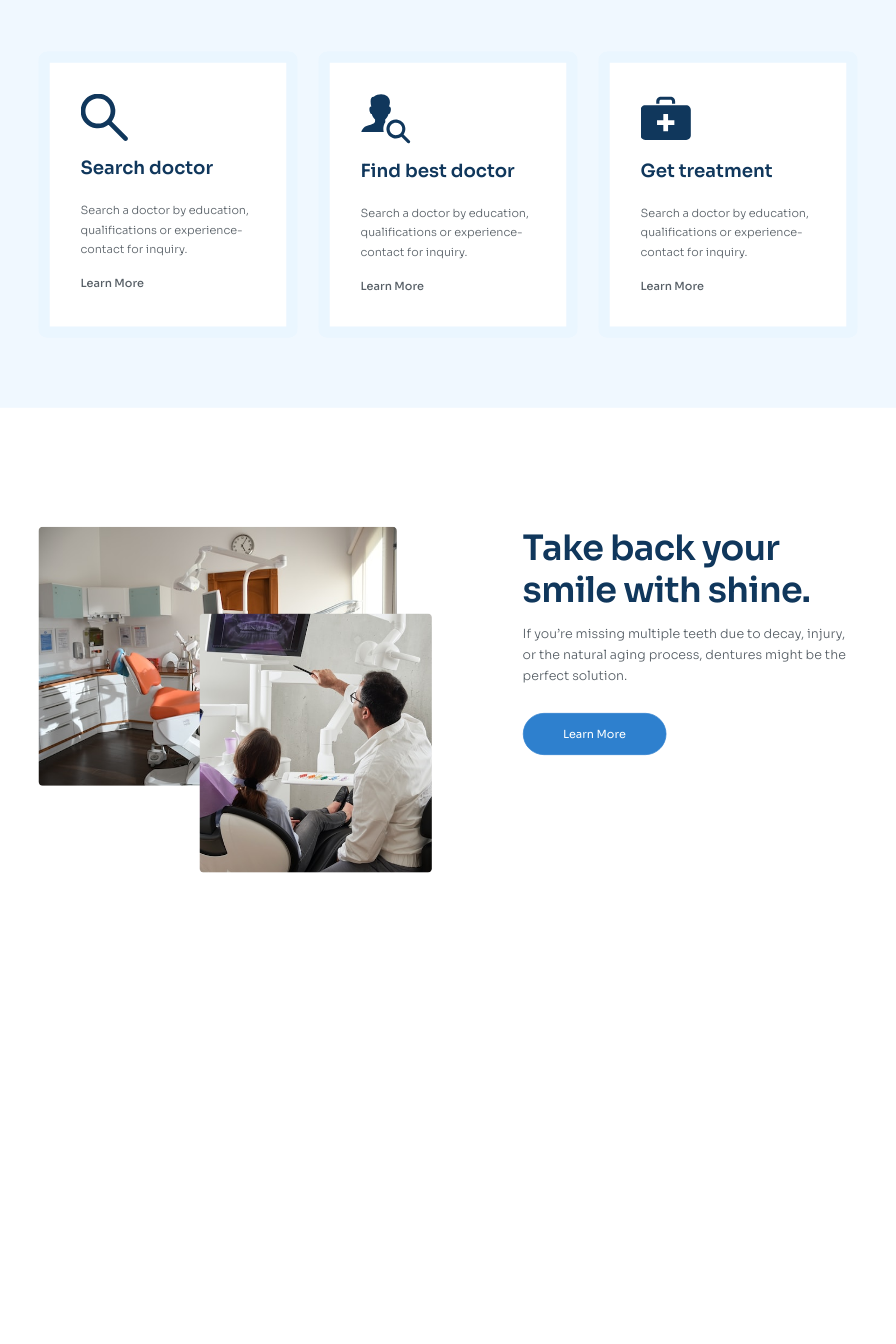
Repository: han2003dz/f8-project-03
Page: index.html
These files come from the project's save history. The page is drawn as it stood at one moment and after a run of saves; the edit follows.
The browser window is 1280 px wide. The pictures show the part of the page from y = 2122 to 4042 px (the page is 6000 px tall), at 70% of full size.

Above is the page before, as saved 2023-05-06 22:39:17.

### index.html
<!DOCTYPE html>
<html lang="en">

<head>
    <meta charset="UTF-8">
    <meta http-equiv="X-UA-Compatible" content="IE=edge">
    <meta name="viewport" content="width=device-width, initial-scale=1.0">
    <title>Shine Smile</title>
    <!-- favicon -->
    <link rel="apple-touch-icon" sizes="57x57" href="./assets/favicon/apple-icon-57x57.png">
    <link rel="apple-touch-icon" sizes="60x60" href="./assets/favicon/apple-icon-60x60.png">
    <link rel="apple-touch-icon" sizes="72x72" href="./assets/favicon/apple-icon-72x72.png">
    <link rel="apple-touch-icon" sizes="76x76" href="./assets/favicon/apple-icon-76x76.png">
    <link rel="apple-touch-icon" sizes="114x114" href="./assets/favicon/apple-icon-114x114.png">
    <link rel="apple-touch-icon" sizes="120x120" href="./assets/favicon/apple-icon-120x120.png">
    <link rel="apple-touch-icon" sizes="144x144" href="./assets/favicon/apple-icon-144x144.png">
    <link rel="apple-touch-icon" sizes="152x152" href="./assets/favicon/apple-icon-152x152.png">
    <link rel="apple-touch-icon" sizes="180x180" href="./assets/favicon/apple-icon-180x180.png">
    <link rel="icon" type="image/png" sizes="192x192" href="./assets/favicon/android-icon-192x192.png">
    <link rel="icon" type="image/png" sizes="32x32" href="./assets/favicon/favicon-32x32.png">
    <link rel="icon" type="image/png" sizes="96x96" href="./assets/favicon/favicon-96x96.png">
    <link rel="icon" type="image/png" sizes="16x16" href="./assets/favicon/favicon-16x16.png">
    <link rel="manifest" href="./assets/favicon/manifest.json">
    <meta name="msapplication-TileColor" content="#ffffff">
    <meta name="msapplication-TileImage" content="./assets/favicon/ms-icon-144x144.png">
    <meta name="theme-color" content="#ffffff">
    <!-- embed font -->
    <link rel="preconnect" href="https://fonts.googleapis.com">
    <link rel="preconnect" href="https://fonts.gstatic.com" crossorigin>
    <link href="https://fonts.googleapis.com/css2?family=Sora:wght@300;400;500;600;700&display=swap" rel="stylesheet">
    <!-- my css -->
    <link rel="stylesheet" href="/assets/css/reset.css">
    <link rel="stylesheet" href="/assets/css/style.css">
</head>

<body style="height: 6000px;">
    <header class="header">
        <div class="container">
            <!-- nav -->
            <div class="navigation">
                <a href="#!">
                    <div class="logo">
                        <span class="logo__circle"></span>
                        <span class="logo__text">
                            <span class="logo__brand">shine</span>
                            <span class="logo__brand logo__brand--small">smile</span>
                        </span>
                    </div>
                </a>
                <nav class="navbar">
                    <ul class="nav__list">
                        <li class="nav__item">
                            <a href="#!" class="nav__link nav__link--active">Home</a>
                        </li>
                        <li class="nav__item">
                            <a href="#!" class="nav__link">Services</a>
                        </li>
                        <li class="nav__item">
                            <a href="#!" class="nav__link">About</a>
                        </li>
                        <li class="nav__item">
                            <a href="#!" class="nav__link">Doctors</a>
                        </li>
                    </ul>
                </nav>
                <!-- action -->
                <div class="header-action">
                    <a href="#!" class="header-action__login">Log In</a>
                    <button href="#!" class="header-action__sign-up btn">Sign Up</button>
                </div>
            </div>
            <!-- hero -->
            <section class="hero">
                <!-- hero content -->
                <div class="hero__content">
                    <h1 class="hero__heading">Exceptional dental care for all ages.</h1>
                    <p class="hero__desc">Exceptional dental care for all ages. Your great smile begins with a great
                        dentist.</p>
                    <div class="hero__row">
                        <a href="#!" class="btn hero__btn">Book Online</a>
                        <span class="hero__phone">or call (123) 456-7890</span>
                    </div>
                </div>
                <div class="hero__media">
                    <figure class="hero__images">
                        <img src="./assets/img/img1__hero.jpg" alt="" class="hero__img">
                        <img src="./assets/img/img2__hero.jpg" alt="" class="hero__img">
                    </figure>
                </div>

            </section>
        </div>
    </header>
    <main>
        <!-- service -->
        <div class="service">
            <div class="container">
                <h2 class="section-heading">Our services</h2>
                <p class="section-desc">Exceptional dental care for all ages. Your great smile begins with a great
                    dentist.</p>
                <div class="service__row">
                    <figure>
                        <img src="./assets/img/service-img3.jpg" alt="" class="service__img">
                    </figure>
                    <div>
                        <div class="service__list">
                            <!-- item 1 -->
                            <section class="service-item">
                                <div class="service-item__icon">
                                    <!-- icon -->
                                    <svg width="22" height="24" viewBox="0 0 22 24" fill="none"
                                        xmlns="http://www.w3.org/2000/svg">
                                        <path
                                            d="M20.3598 2.63964C17.9506 -0.556131 14.2772 -0.568132 11.2481 1.10682C11.001 1.24657 10.7219 1.31411 10.4406 1.30222C10.1592 1.29033 9.88633 1.19945 9.65105 1.03931C8.49552 0.245717 7.29036 -0.316477 5.13904 0.207462C0.623408 1.3071 0 4.90379 0 8.99816C0.0797353 12.1602 0.500857 15.3032 1.25551 18.3683C2.11836 22.0168 3.90382 24 5.43354 24C6.96326 24 7.00963 22.2204 7.00963 20.8016C7.00963 19.2009 7.39505 14.8009 10.8642 14.8009C13.5317 14.8009 14.3333 18.4013 14.3333 20.8016C14.3329 23.095 15.1722 24 16.6628 24C19.5267 24 20.9796 15.3938 21.3719 13.1237C21.7642 10.8535 22.9882 6.12569 20.3598 2.63964Z"
                                            fill="currentColor" />
                                    </svg>
                                </div>
                                <div class="service-item__body">
                                    <h3 class="service-item__heading">Oral Surgery</h3>
                                    <p class="service-item__desc">
                                        Everything you expect and then some. Cleanings, fillings, and x-rays.
                                    </p>
                                </div>
                            </section>
                            <!-- item 2 -->
                            <section class="service-item">
                                <div class="service-item__icon">
                                    <!-- icon -->
                                    <svg width="22" height="24" viewBox="0 0 22 24" fill="none"
                                        xmlns="http://www.w3.org/2000/svg">
                                        <path
                                            d="M20.3598 2.63964C17.9506 -0.556131 14.2772 -0.568132 11.2481 1.10682C11.001 1.24657 10.7219 1.31411 10.4406 1.30222C10.1592 1.29033 9.88633 1.19945 9.65105 1.03931C8.49552 0.245717 7.29036 -0.316477 5.13904 0.207462C0.623408 1.3071 0 4.90379 0 8.99816C0.0797353 12.1602 0.500857 15.3032 1.25551 18.3683C2.11836 22.0168 3.90382 24 5.43354 24C6.96326 24 7.00963 22.2204 7.00963 20.8016C7.00963 19.2009 7.39505 14.8009 10.8642 14.8009C13.5317 14.8009 14.3333 18.4013 14.3333 20.8016C14.3329 23.095 15.1722 24 16.6628 24C19.5267 24 20.9796 15.3938 21.3719 13.1237C21.7642 10.8535 22.9882 6.12569 20.3598 2.63964Z"
                                            fill="currentColor" />
                                    </svg>
                                </div>
                                <div class="service-item__body">
                                    <h3 class="service-item__heading">Wisdom Teeth Removal</h3>
                                    <p class="service-item__desc">
                                        Everything you expect and then some. Cleanings, fillings, and x-rays.
                                    </p>
                                </div>
                            </section>
                            <!-- item 3 -->
                            <section class="service-item">
                                <div class="service-item__icon">
                                    <!-- icon -->
                                    <svg width="22" height="24" viewBox="0 0 22 24" fill="none"
                                        xmlns="http://www.w3.org/2000/svg">
                                        <path
                                            d="M20.3598 2.63964C17.9506 -0.556131 14.2772 -0.568132 11.2481 1.10682C11.001 1.24657 10.7219 1.31411 10.4406 1.30222C10.1592 1.29033 9.88633 1.19945 9.65105 1.03931C8.49552 0.245717 7.29036 -0.316477 5.13904 0.207462C0.623408 1.3071 0 4.90379 0 8.99816C0.0797353 12.1602 0.500857 15.3032 1.25551 18.3683C2.11836 22.0168 3.90382 24 5.43354 24C6.96326 24 7.00963 22.2204 7.00963 20.8016C7.00963 19.2009 7.39505 14.8009 10.8642 14.8009C13.5317 14.8009 14.3333 18.4013 14.3333 20.8016C14.3329 23.095 15.1722 24 16.6628 24C19.5267 24 20.9796 15.3938 21.3719 13.1237C21.7642 10.8535 22.9882 6.12569 20.3598 2.63964Z"
                                            fill="currentColor" />
                                    </svg>
                                </div>
                                <div class="service-item__body">
                                    <h3 class="service-item__heading">Preventative Dentistry</h3>
                                    <p class="service-item__desc">
                                        Everything you expect and then some. Cleanings, fillings, and x-rays.
                                    </p>
                                </div>
                            </section>
                        </div>
                        <a href="" class="btn service__btn">All Services</a>
                    </div>
                </div>
            </div>
        </div>
        <section class="work">
            <div class="container">
                <h2 class="section-heading heading__work">How it works</h2>
                <p class="section-desc desc__work">Exceptional dental care for all ages. Your great smile begins with a
                    great dentist.
                </p>
                <div class="work__list">
                    <!-- item 1 -->
                    <section class="work-item">
                        <img src="./assets/icon/search.svg" alt="" class="work-item__icon">
                        <h3 class="work-item__heading">Search doctor</h3>
                        <p class="work-item__desc">Search a doctor by education, qualifications or experience-contact
                            for inquiry.
                        </p>
                        <a href="#!" class="learn-more">Learn More</a>
                    </section>
                    <!-- item 2 -->
                    <section class="work-item">
                        <img src="./assets/icon/search-user.svg" alt="" class="work-item__icon">
                        <h3 class="work-item__heading">Find best doctor</h3>
                        <p class="work-item__desc">Search a doctor by education, qualifications or experience-contact
                            for inquiry.
                        </p>
                        <a href="#!" class="learn-more">Learn More</a>
                    </section>
                    <!-- item 3 -->
                    <section class="work-item">
                        <img src="./assets/icon/bag.svg" alt="" class="work-item__icon">
                        <h3 class="work-item__heading">Get treatment</h3>
                        <p class="work-item__desc">Search a doctor by education, qualifications or experience-contact
                            for inquiry.
                        </p>
                        <a href="#!" class="learn-more">Learn More</a>
                    </section>
                </div>
            </div>
        </section>
        <!-- feature -->
        <section class="feature">
            <div class="container">
                <div class="feature-body">
                    <div class="feature__media">
                        <figure class="feature__images">
                            <img src="./assets/img/feature-img1.jpg" alt="" class="feature__img">
                            <img src="./assets/img/feature-img2.jpg" alt="" class="feature__img">
                        </figure>
                    </div>
                    <section class="feature__content">
                        <h2 class="section-heading">Take back your smile with shine.</h2>
                        <p class="section-desc">If you’re missing multiple teeth due to decay, injury, or the natural aging
                            process, dentures might be the perfect solution.
                        </p>
                        <a href="#!" class="btn feature__cta">Learn More</a>
                    </section>
                </div>
            </div>
        </section>
    </main>
    <script src="./assets/app.js"></script>
</body>

</html>

### assets/css/style.css
* {
  box-sizing: border-box;
}
html {
  font-size: 62.5%;
}
body {
  font-size: 1.6rem;
  font-family: "Sora", sans-serif;
}
/* common */
.container {
  width: 1170px;
  max-width: calc(100% - 48px);
  margin: 0 auto;
}
.navigation {
  display: flex;
  justify-content: space-between;
  align-items: center;
}
a {
  text-decoration: none;
}
:root {
  --header-bg: #10375c;
  --primary-color: #2e80ce;
  --height-btn: 60px;
}
.nav__link,
.header-action__login {
  padding: 5px 14px;
  font-size: 1.6rem;
  font-weight: 300;
  color: #c9d2da;
}
.header-action__login:hover,
.nav__link:hover,
.nav__link--active {
  text-shadow: 1px 0 0 #fff;
}
.btn {
  display: inline-block;
  min-width: 205px;
  height: var(--height-btn);
  padding: 0 20px;
  border: 1px solid var(--primary-color);
  line-height: var(--height-btn);
  border-radius: 999px;
  font-weight: 400;
  font-size: 1.6rem;
  text-align: center;
  color: #fff;
  background: var(--primary-color);
}
.btn:hover {
  opacity: 0.9;
  cursor: pointer;
}
/* header */
.header {
  padding-top: 30px;
  padding-bottom: 100px;
  min-height: 100vh;
  background: var(--header-bg);
}

.logo {
  /* 1em = 10px */
  font-size: 1rem;
  position: relative;
  display: inline-flex;
  align-items: center;
}
.logo__circle::before,
.logo__circle::after {
  display: inline-block;
  content: "";
  border-radius: 50%;
}
.logo__circle::before {
  width: 3em;
  height: 3em;
  background: var(--primary-color);
}
.logo__circle::after {
  width: 1.6em;
  height: 1.6em;
  background: #fff;
  position: absolute;
  top: 1.1em;
  left: 1.1em;
}
.logo__text {
  margin-left: 0.6em;
  text-align: right;
  line-height: 1.6em;
}
.logo__brand {
  display: block;
  font-weight: 400;
  font-size: 1.8em;
  color: #fff;
}
.logo__brand--small {
  font-size: 1.2em;
  font-weight: 300;
}
/* navbar */
.navbar .nav__list {
  display: flex;
}
.nav__link {
  padding: 5px 21px;
}
.nav__link--active {
  pointer-events: none;
}
.nav__link--active::before {
  position: relative;
  left: -8px;
  bottom: 2px;
  content: "";
  display: inline-block;
  width: 6px;
  height: 6px;
  background: #fff;
  border-radius: 50%;
}
/* header-action */
.header-action {
  display: flex;
  align-items: center;
}
.header-action__login {
  margin-right: 7px;
}
.header-action__sign-up {
  min-width: 120px;
}
/* hero */
.hero {
  display: flex;
  margin-top: 76px;
  align-items: center;
}
.hero__content {
  /* giải quyết vấn đề co nhỏ */
  flex-shrink: 0;
  width: 44%;
}
.hero__media {
  flex-grow: 1;
}
.hero__heading {
  font-weight: 600;
  font-size: 7rem;
  line-height: 1.14;
  /* or 114% */
  letter-spacing: -0.02em;
  color: #ffffff;
}
.hero__desc {
  font-weight: 300;
  font-size: 1.8rem;
  line-height: 1.67;
  /* or 167% */
  color: #c9d2da;
  margin-top: 22px;
  margin-bottom: 38px;
}
.hero__phone {
  font-weight: 400;
  font-size: 1.8rem;
  line-height: 1.67;
  color: #fff;
}
.hero__row {
  display: flex;
  align-items: center;
  gap: 38px;
}
.hero__images {
  display: flex;
  align-items: center;
  justify-content: flex-end;
}
.hero__img {
  width: 330px;
  height: 500px;
  border-radius: 6px;
  object-fit: cover;
}
.hero__img:last-child {
  width: 210px;
  height: 400px;
}
/* service */
.service {
  padding: 170px 0;
}
.section-heading,
.section-desc {
  text-align: center;
}
.section-heading {
  font-weight: 600;
  font-size: 5rem;
  line-height: 1.2;
  /* identical to box height, or 120% */
  letter-spacing: -0.02em;
  color: #10375c;
  margin-bottom: 18px;
}
.section-desc {
  font-weight: 300;
  font-size: 1.8rem;
  line-height: 1.67;
  /* or 167% */
  margin: 0 auto;
  color: #575f66;
  max-width: 468px;
}
.service__row {
  margin-top: 70px;
  display: flex;
  justify-content: space-between;
  align-items: center;
}
.service__img {
  width: 570px;
  height: 570px;
  object-fit: cover;
  border-radius: 12px;
}
.service-item {
  display: flex;
  max-width: 420px;
  height: 128px;
  background: #ffffff;
  border-radius: 10px;
  align-items: center;
}
.service-item:hover {
  box-shadow: 0px 14px 28px rgba(0, 0, 0, 0.05);
  border-radius: 10px;
  cursor: pointer;
  position: relative;
}
.service-item:hover .service-item__icon {
  background: #2e80ce;
  box-shadow: 0px 8px 16px rgba(40, 155, 222, 0.15);
  color: #fff;
}
.service-item__heading {
  font-weight: 600;
  font-size: 1.8rem;
  line-height: 1.27;
  /* identical to box height */
  color: #10375c;
  margin-bottom: 8px;
}
.service-item__desc {
  font-weight: 300;
  font-size: 1.6rem;
  line-height: 1.75;
  /* or 175% */
  color: #575f66;
  max-width: 308px;
}
.service-item__icon {
  display: flex;
  justify-content: center;
  align-items: center;
  margin-right: 19px;
  margin-left: 22px;
  flex-shrink: 0;
  width: 60px;
  height: 60px;
  border-radius: 50%;
  background: #eff6fd;
  box-shadow: 0px 8px 16px rgba(0, 0, 0, 0.05);
  color: #10375c;
}
.service-item__body {
  margin-left: 20px;
}
.service__btn {
  margin-top: 55px;
}
/* work */
.work {
  padding: 100px 0;
  background: #f0f8ff;
}
.heading__work,
.desc__work {
  text-align: left;
  margin: 0;
}
.desc__work {
  margin-top: 18px;
}
.work__list {
  display: grid;
  grid-template-columns: repeat(3, 1fr);
  margin-top: 70px;
  column-gap: 30px;
}
.work-item {
  padding: 44px;
  border-radius: 12px;
  border: 16px solid #eaf6ff;
  background: #fff;
  transition: 0.25s;
}
.work-item:hover {
  border: 16px solid var(--primary-color);
  transform: translateY(-16px);
}
.work-item__heading {
  margin-top: 18px;
  font-weight: 600;
  font-size: 2.6rem;
  line-height: 1.38;
  /* identical to box height, or 138% */
  color: var(--header-bg);
}
.work-item__desc,
.learn-more {
  margin-top: 28px;
  font-weight: 300;
  font-size: 16px;
  line-height: 28px;
  /* or 175% */
  color: #575f66;
}
.learn-more {
  display: inline-block;
  margin-top: 20px;
  font-weight: 500;
}
.learn-more:hover {
  font-weight: 600;
  color: #2e80ce;
  transition: 0.2s;
  transform: translateY(-3px);
}

/* feature */
.feature {
  margin-top: 85px;
  padding: 85px 0;
}
.feature-body {
  display: flex;
  column-gap: 130px;
}
.feature__media {
  width: 48%;
}
.feature__images {
  position: relative;
  padding: 0 58px 121px 0;
}
.feature__img {
  width: 512px;
  height: 370px;
  border-radius: 6px;
  object-fit: cover;
}
.feature__img:last-child {
  width: 332px;
  position: absolute;
  right: 0;
  bottom: 0;
}
.section-heading {
  font-size: 5rem;
  line-height: 1.2;
}
.feature__content .section-heading,
.feature__content .section-desc {
  text-align: left;
  margin: 0;
}
.feature__content .section-desc{
  margin-top: 18px;
}
.feature__cta {
  margin-top: 38px;
}

### assets/app.js
const navItems = document.querySelectorAll(".nav__link");
function handleClickNav(event){
    [...navItems].forEach(item => item.classList.remove("nav__link--active"));
    event.target.classList.add("nav__link--active");
    console.log(event.target);
}
[...navItems].forEach(item => item.addEventListener("click", handleClickNav));

Loaded but not shown: assets/css/reset.css (common file)

After the next 3 saves:
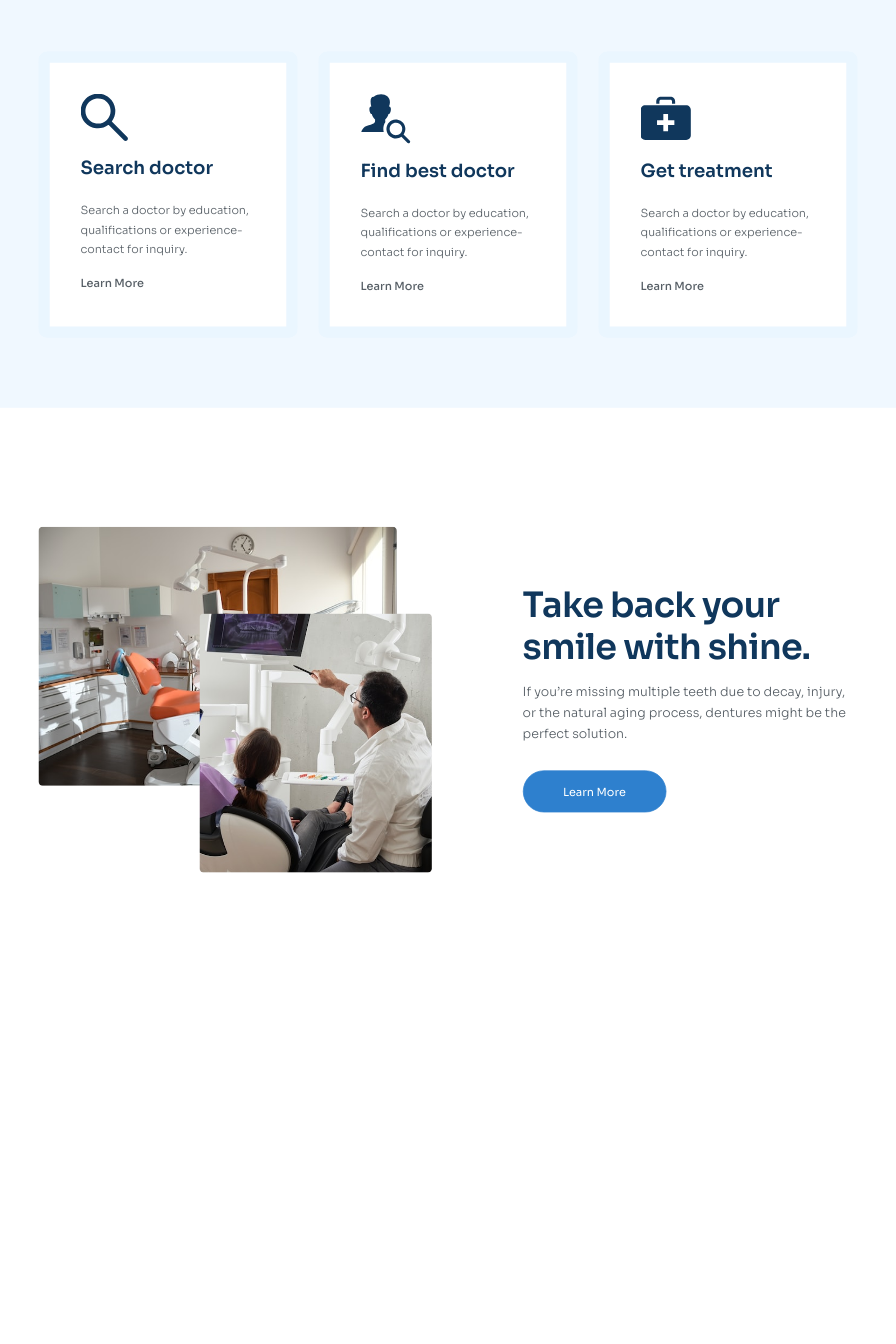
The 3 saves are shown as one change because they came seconds apart.
The last was saved 66 s later.
--- a/assets/css/style.css
+++ b/assets/css/style.css
@@ -384,6 +384,9 @@ a {
   text-align: left;
   margin: 0;
 }
+.feature__content .section-heading{
+  margin-top: 82px;
+}
 .feature__content .section-desc{
   margin-top: 18px;
 }
